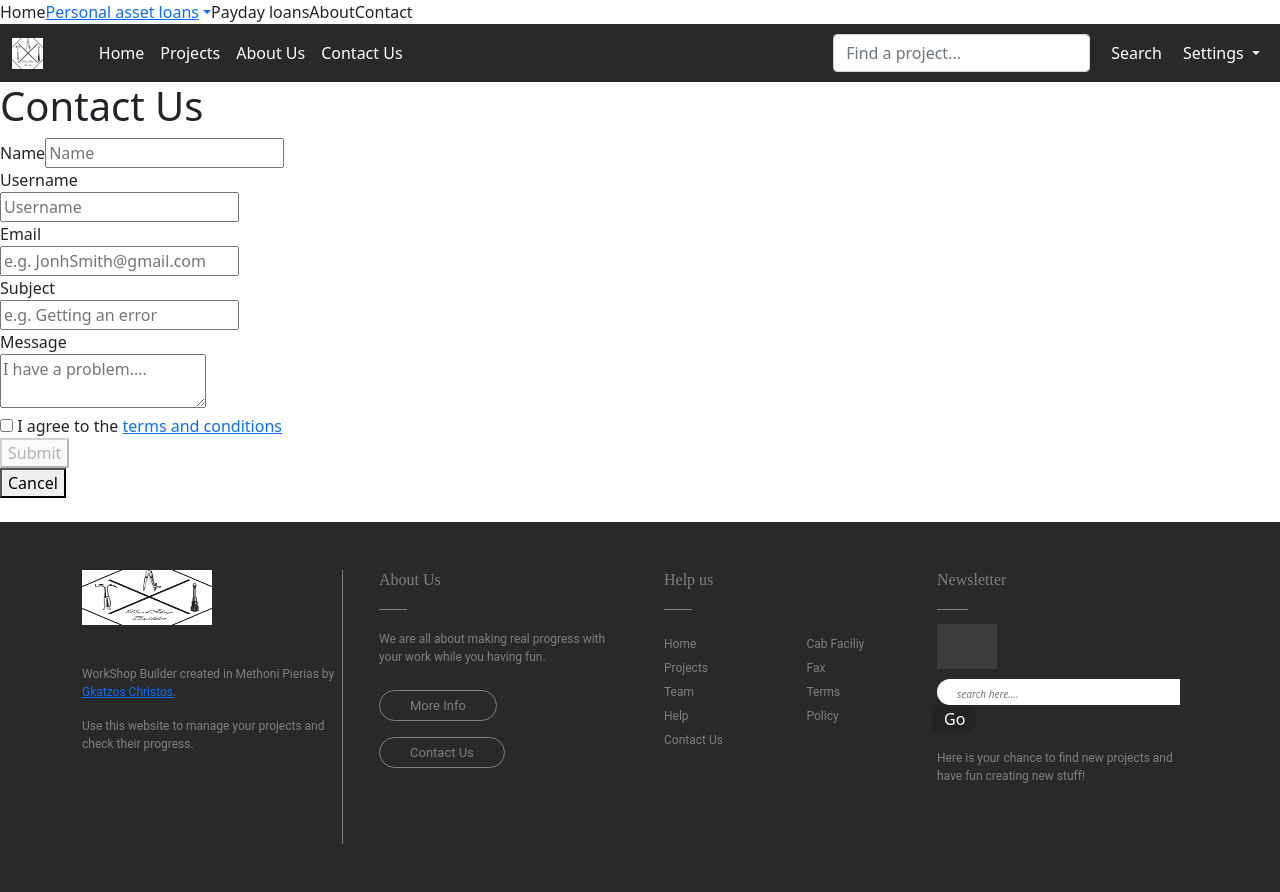
Repository: GkatzosChristos/workshop-builder-ui
Page: /contactUs (app in workshop-builder-ui/)
An editor plug-in stored every save of this project. The page is shown before and after the next save, followed by the edit.
The browser window is 1280 px wide. The pictures show the whole page.
The project was rebuilt for these pictures with package versions that can differ from the ones it lists, and the page was loaded fresh each time. Also part of the build but not shown: workshop-builder-ui/angular.json, workshop-builder-ui/src/app/about-us/about-us.component.ts, workshop-builder-ui/src/app/home/home.component.ts, workshop-builder-ui/src/app/project/project.component.ts.

Above is the page before, as saved 2021-08-27 17:26:47.

After the next save:
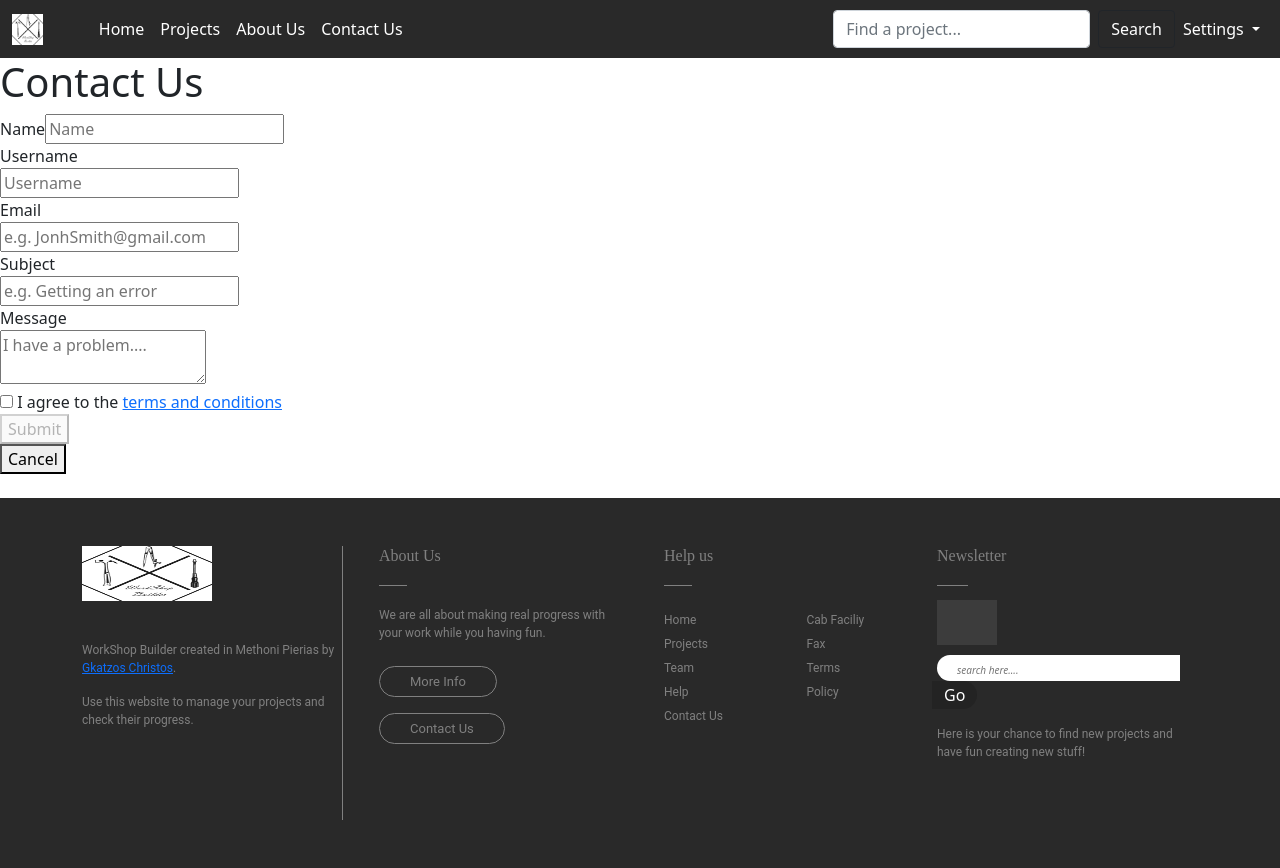
Saved 32 s later.
--- a/workshop-builder-ui/src/app/header/header.component.html
+++ b/workshop-builder-ui/src/app/header/header.component.html
@@ -3,21 +3,6 @@
     <meta charset="utf-8">
 </head>
 <header>
-    <ul class='nav'>
-        <li class='active'>Home</li>
-        <li>
-          <div class="dropdown">
-            <a class="dropdown-toggle" data-toggle="dropdown" href="#">Personal asset loans</a>
-            <ul class="dropdown-menu" role="menu" aria-labelledby="dLabel">
-              <li><a href="#">asds</a></li>
-              <li class="divider"></li>
-            </ul>
-          </div>
-          </li>
-          <li>Payday loans</li>
-        <li>About</li>
-        <li>Contact</li>
-      </ul>
     <nav class="navbar navbar-expand-lg">
         <div class="container-fluid">
             <a class="navbar-brand" routerLink="/">
